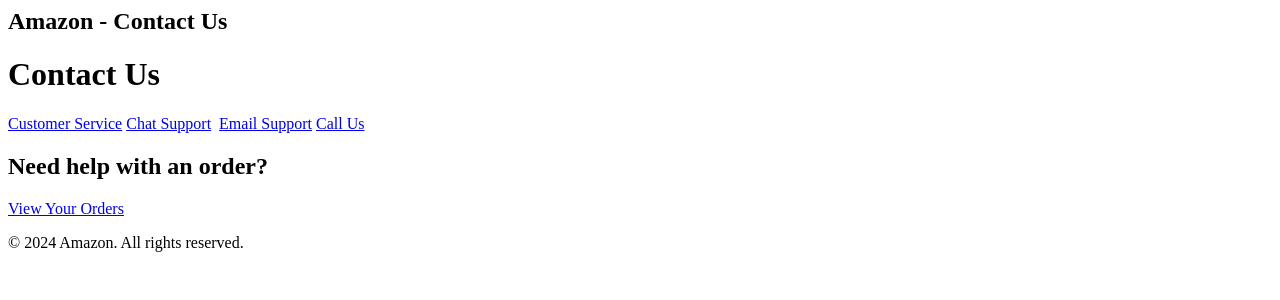
Repository: Lathadasari3010/SoftwareExamples
Page: SpringBoot/src/main/resources/static/contact-us.html
These files come from the project's save history. The page is drawn as it stood at one moment and after the next save; the edit follows.
The browser window is 1280 px wide. The pictures show the whole page.

Above is the page before, as saved 2024-12-19 10:15:29.

After the next save:
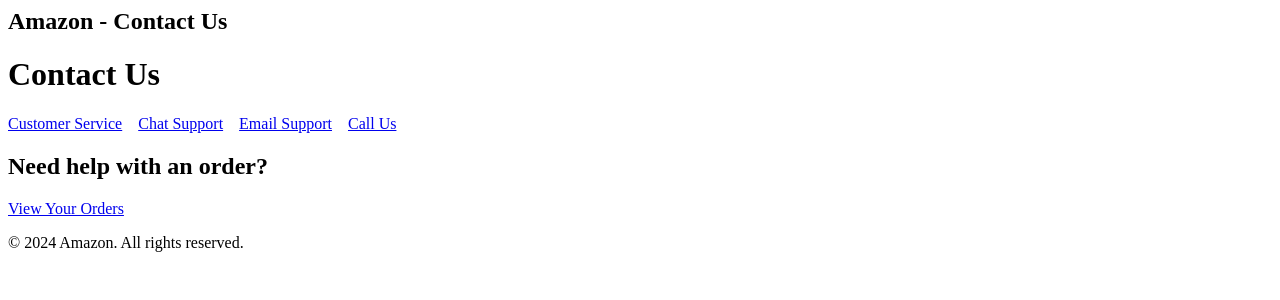
Saved 36 s later.
--- a/SpringBoot/src/main/resources/static/contact-us.html
+++ b/SpringBoot/src/main/resources/static/contact-us.html
@@ -7,10 +7,10 @@
 			<div class="contact-us-page">
 			        <h1 class="contact-us-header">Contact Us</h1>
 			        <div class="contact-options">
-			            <a class="contact-link" href="/help/customer-service">Customer Service</a>
-			            <a class="contact-link" href="/help/chat-support">Chat Support</a>&nbsp;
-			            <a class="contact-link" href="/help/email-support">Email Support</a>
-			            <a class="contact-link" href="/help/call-support">Call Us</a>
+			            <a class="contact-link" href="/help/customer-service">Customer Service</a>&nbsp; &nbsp;
+			            <a class="contact-link" href="/help/chat-support">Chat Support</a>&nbsp; &nbsp;
+			            <a class="contact-link" href="/help/email-support">Email Support</a>&nbsp; &nbsp;
+			            <a class="contact-link" href="/help/call-support">Call Us</a>&nbsp; &nbsp;
 			        </div>
 			        <div class="help-section">
 			            <h2 class="help-header">Need help with an order?</h2>
